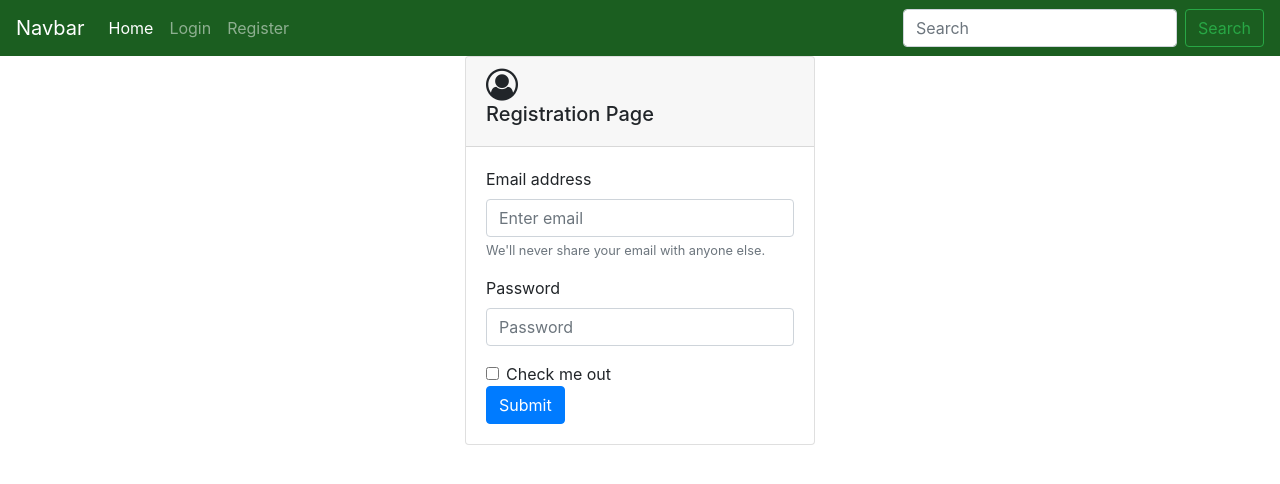
Repository: Chandnim0712/Ecommerce-Spring-Boot-Project
Page: http://localhost/LoginPage/register.jsp
These files come from the project's save history. The page is drawn as it stood at one moment and after the next save; the edit follows.
The browser window is 1280 px wide. The pictures show the whole page.
The page is served by Tomcat 9. Other server files are loaded and not shown.

Above is the page before, as saved 2025-06-11 20:15:22.

### LoginPage/src/main/webapp/register.jsp
<%@ page language="java" contentType="text/html; charset=UTF-8"
	pageEncoding="UTF-8"%>
<!DOCTYPE html>
<html>
<head>
<meta charset="UTF-8">
<title>Register</title>
<link rel="stylesheet"
	href="https://cdn.jsdelivr.net/npm/bootstrap@4.0.0/dist/css/bootstrap.min.css"
	integrity="sha384-Gn5384xqQ1aoWXA+058RXPxPg6fy4IWvTNh0E263XmFcJlSAwiGgFAW/dAiS6JXm"
	crossorigin="anonymous">

<link rel="stylesheet"
	href="https://cdnjs.cloudflare.com/ajax/libs/font-awesome/4.7.0/css/font-awesome.min.css">

<link rel="stylesheet" href="css/style.css">
</head>
<body>
	<!-- Start Navbar  -->

	<nav class="navbar navbar-expand-lg navbar-dark bg-custom">
		<a class="navbar-brand" href="#">Navbar</a>
		<button class="navbar-toggler" type="button" data-toggle="collapse"
			data-target="#navbarSupportedContent"
			aria-controls="navbarSupportedContent" aria-expanded="false"
			aria-label="Toggle navigation">
			<span class="navbar-toggler-icon"></span>
		</button>

		<div class="collapse navbar-collapse" id="navbarSupportedContent">
			<ul class="navbar-nav mr-auto">
				<li class="nav-item active"><a class="nav-link" href="#">Home
						<span class="sr-only">(current)</span>
				</a></li>
				<li class="nav-item"><a class="nav-link" href="login.jsp">Login</a></li>
				<li class="nav-item"><a class="nav-link" href="register.jsp">Register</a>
				</li>
			</ul>
			<form class="form-inline my-2 my-lg-0">
				<input class="form-control mr-sm-2" type="search"
					placeholder="Search" aria-label="Search">
				<button class="btn btn-outline-success my-2 my-sm-0" type="submit">Search</button>
			</form>
		</div>
	</nav>

	<!-- End Navbar -->

	<div class="container">
		<div class="row">
			<div class="col-md-4 offset-md-4">
				<div class="card">
					<div class="card-header">
						<i class="fa fa-user-circle-o fa-2x"></i>
						<h5>Registration Page</h5>
					</div>
					<div class="card-body">
						<form>
							<div class="form-group">
								<label for="exampleInputEmail1">Email address</label> <input
									type="email" class="form-control" id="exampleInputEmail1"
									aria-describedby="emailHelp" placeholder="Enter email">
								<small id="emailHelp" class="form-text text-muted">We'll
									never share your email with anyone else.</small>
							</div>
							<div class="form-group">
								<label for="exampleInputPassword1">Password</label> <input
									type="password" class="form-control" id="exampleInputPassword1"
									placeholder="Password">
							</div>
							<div class="form-check">
								<input type="checkbox" class="form-check-input"
									id="exampleCheck1"> <label class="form-check-label"
									for="exampleCheck1">Check me out</label>
							</div>
							<button type="submit" class="btn btn-primary">Submit</button>
						</form>
					</div>
				</div>
			</div>
		</div>
	</div>

</body>
</html>

### LoginPage/src/main/webapp/css/style.css
.bg-custom{
	background : #1b5e20 !important
}

After the next save:
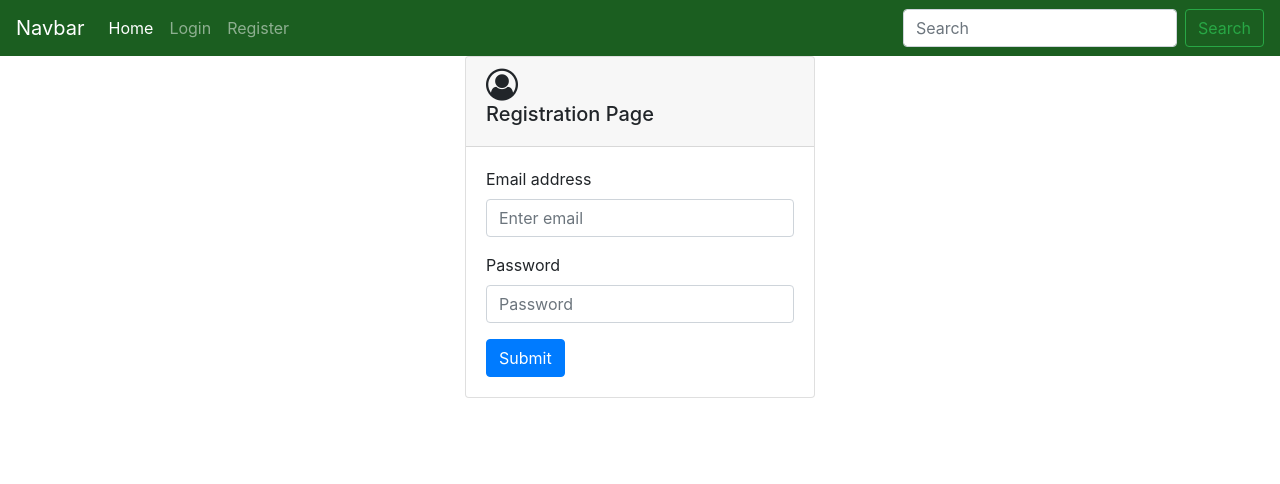
Saved 42 min 50 s later.
--- a/LoginPage/src/main/webapp/register.jsp
+++ b/LoginPage/src/main/webapp/register.jsp
@@ -60,19 +60,14 @@
 								<label for="exampleInputEmail1">Email address</label> <input
 									type="email" class="form-control" id="exampleInputEmail1"
 									aria-describedby="emailHelp" placeholder="Enter email">
-								<small id="emailHelp" class="form-text text-muted">We'll
-									never share your email with anyone else.</small>
+
 							</div>
 							<div class="form-group">
 								<label for="exampleInputPassword1">Password</label> <input
 									type="password" class="form-control" id="exampleInputPassword1"
 									placeholder="Password">
 							</div>
-							<div class="form-check">
-								<input type="checkbox" class="form-check-input"
-									id="exampleCheck1"> <label class="form-check-label"
-									for="exampleCheck1">Check me out</label>
-							</div>
+
 							<button type="submit" class="btn btn-primary">Submit</button>
 						</form>
 					</div>
